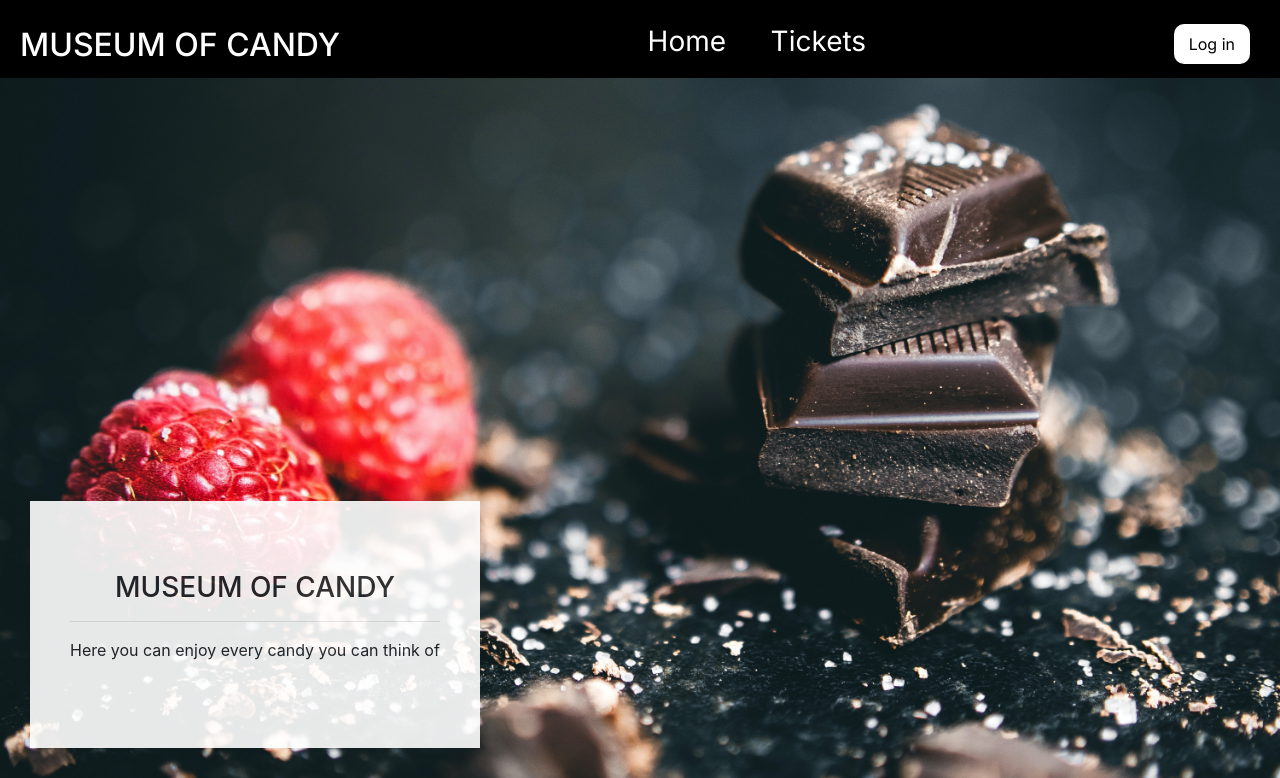
Repository: m-koparanova/MuseumOfCandy
Page: index.html
The author's editor kept a copy of each file at every save. The page is drawn from the files as they stood at one save, then again after the next save.
The browser window is 1280 px wide. The pictures show the whole page.

Above is the page before, as saved 2023-03-05 19:48:21.

### index.html
<!DOCTYPE html>
<html lang="en">
<head>
    <meta charset="UTF-8">
    <meta http-equiv="X-UA-Compatible" content="IE=edge">
    <meta name="viewport" content="width=device-width, initial-scale=1.0">
    <title>Document</title>
    <link rel="stylesheet" href="https://cdn.jsdelivr.net/npm/bootstrap@4.6.2/dist/css/bootstrap.min.css" integrity="sha384-xOolHFLEh07PJGoPkLv1IbcEPTNtaed2xpHsD9ESMhqIYd0nLMwNLD69Npy4HI+N" crossorigin="anonymous">

    <link rel="stylesheet" href="style.css">

</head>
<body>
    <nav class="nav-bar">
        <div class="top-nav">
            <h2 class="logo">MUSEUM OF CANDY</h2>
            <ul>
                <li class="nav"><a href="#">Home</a></li>
                <li class="nav"><a href="#">Tickets</a></li>
            </ul>
            <button class="button">Log in</button>
        </div>

    </nav>

    <tbody>
        <div class="image-container">
            <img src="pics\pexels-lisa-fotios-918327.jpg" alt="" class="image">
            <div class="text-container">
                <h3>MUSEUM OF CANDY</h3>
                <hr>
                <p>Here you can enjoy every candy you can think of</p>
            </div>
        </div>
    </tbody>

    <script src="https://cdn.jsdelivr.net/npm/jquery@3.5.1/dist/jquery.slim.min.js" integrity="sha384-DfXdz2htPH0lsSSs5nCTpuj/zy4C+OGpamoFVy38MVBnE+IbbVYUew+OrCXaRkfj" crossorigin="anonymous"></script>
    <script src="https://cdn.jsdelivr.net/npm/bootstrap@4.6.2/dist/js/bootstrap.bundle.min.js" integrity="sha384-Fy6S3B9q64WdZWQUiU+q4/2Lc9npb8tCaSX9FK7E8HnRr0Jz8D6OP9dO5Vg3Q9ct" crossorigin="anonymous"></script>

</body>
</html>

### style.css
@import url('https://fonts.googleapis.com/css2?family=Inter:wght@100;200;300;400;500;600;700;800;900&display=swap');


*{
    margin: 0;
    padding: 0;
}

.nav-bar{
    background: black;
}

.logo {
    font-family: 'Inter', sans-serif, bold;
    color: white;
}

.top-nav{
    display: flex;
    align-items: center;
    justify-content: space-between;
    padding-top: 20px;
    padding-left: 20px;

}

.top-nav ul li{
    display: inline-block;
    list-style-type: none;
    padding-left: 20px;
    padding-right: 20px;
    font-family: 'Inter', sans-serif;
    font-size: 28px;
}

.top-nav ul li a{
    text-decoration: none;
    color: white;
}

.top-nav ul li a:hover{
    color: rgb(215, 5, 5);
    transition: .3s;
}

.button{
    border: none;
    background: white;
    border-radius: 10px;
    padding: 8px 15px 8px 15px;
    margin-right: 30px;
    margin-bottom: 10px;
    font-family: 'Inter', sans-serif;
    text-align: center;
}

.button:hover{
    background: rgb(215, 5, 5);
    color: white;
}

.image-container {
    position: relative;
    text-align: center;
}

.image{
    object-fit: cover;
    width: 100%;
    height: 700px;
}

.text-container{
    position: absolute;
    bottom: 30px;
    left: 30px;
    background: white;
    opacity: 90%;
    padding: 70px 40px 70px 40px ;
}

After the next save:
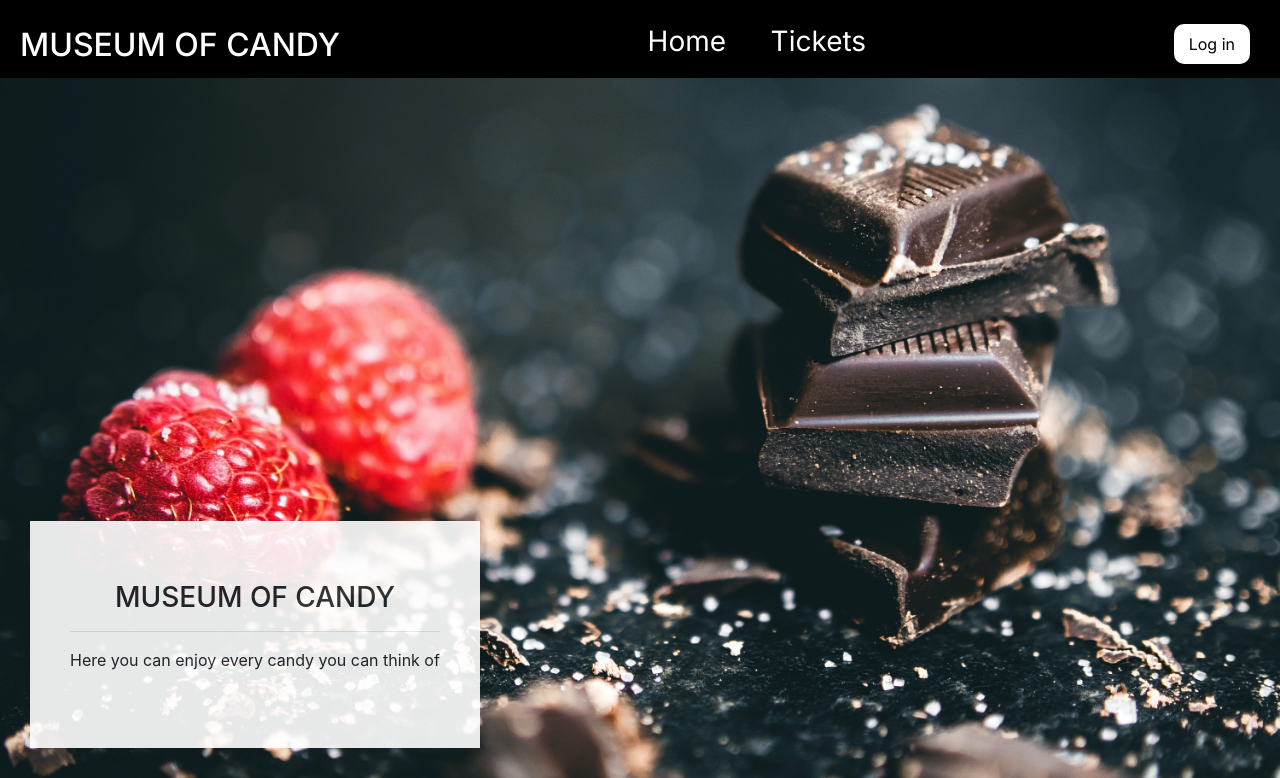
Saved 30 s later.
--- a/style.css
+++ b/style.css
@@ -76,5 +76,5 @@
     left: 30px;
     background: white;
     opacity: 90%;
-    padding: 70px 40px 70px 40px ;
+    padding: 60px 40px 60px 40px ;
 }
